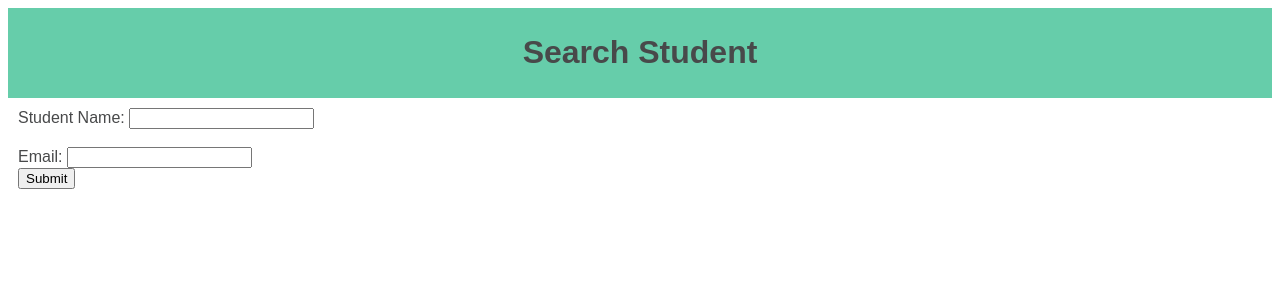
Repository: dreamxia329/TechExercise4830
Page: T3-0325-xia/T3-webProject-Xia/WebContent/search.html
An editor plug-in stored every save of this project. The page is shown before and after the next save, followed by the edit.
The browser window is 1280 px wide. The pictures show the whole page.

Above is the page before, as saved 2022-03-31 22:56:36.

### T3-0325-xia/T3-webProject-Xia/WebContent/search.html
<html>
<head>
<style>

body {
	font-family: 'Poppins', sans-serif;
	color: #48494a;
}

header {
	background-color: #66CDAA;
	color: #48494a;
	text-align: center;
	padding: 5px;
}

nav {
	line-height: 30px;
	background-color: #eeeeee;
	height: 300px;
	width: 100px;
	float: left;
	padding: 5px;
}

section {
	width: 350px;
	float: left;
	padding: 10px;
}

footer {
	background-color: #66CDAA;
	color: #48494a;
	clear: both;
	text-align: center;
	padding: 5px;
}
</style>
</head>

<body>
	<header>
		<h1>Search Student</h1>
	</header>

	<section>

		<form action="SearchServlet" method="POST">
			Student Name: <input type="text" name="studentName"> <br /> <br />
			Email: <input type="text" name="parentEmail"> <br />

			<input type="submit" value="Submit" />
		</form>

	</section>

</body>
</html>

After the next save:
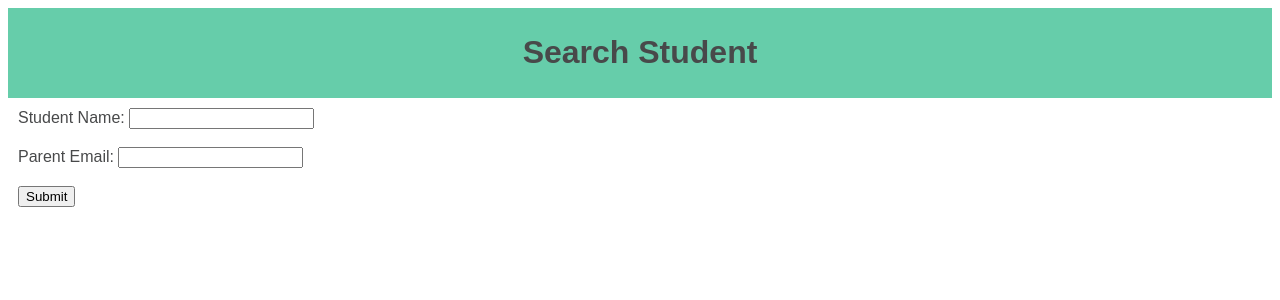
Saved 30 s later.
--- a/T3-0325-xia/T3-webProject-Xia/WebContent/search.html
+++ b/T3-0325-xia/T3-webProject-Xia/WebContent/search.html
@@ -48,7 +48,7 @@ footer {
 
 		<form action="SearchServlet" method="POST">
 			Student Name: <input type="text" name="studentName"> <br /> <br />
-			Email: <input type="text" name="parentEmail"> <br />
+			Parent Email: <input type="text" name="parentEmail"> <br /> <br />
 
 			<input type="submit" value="Submit" />
 		</form>
